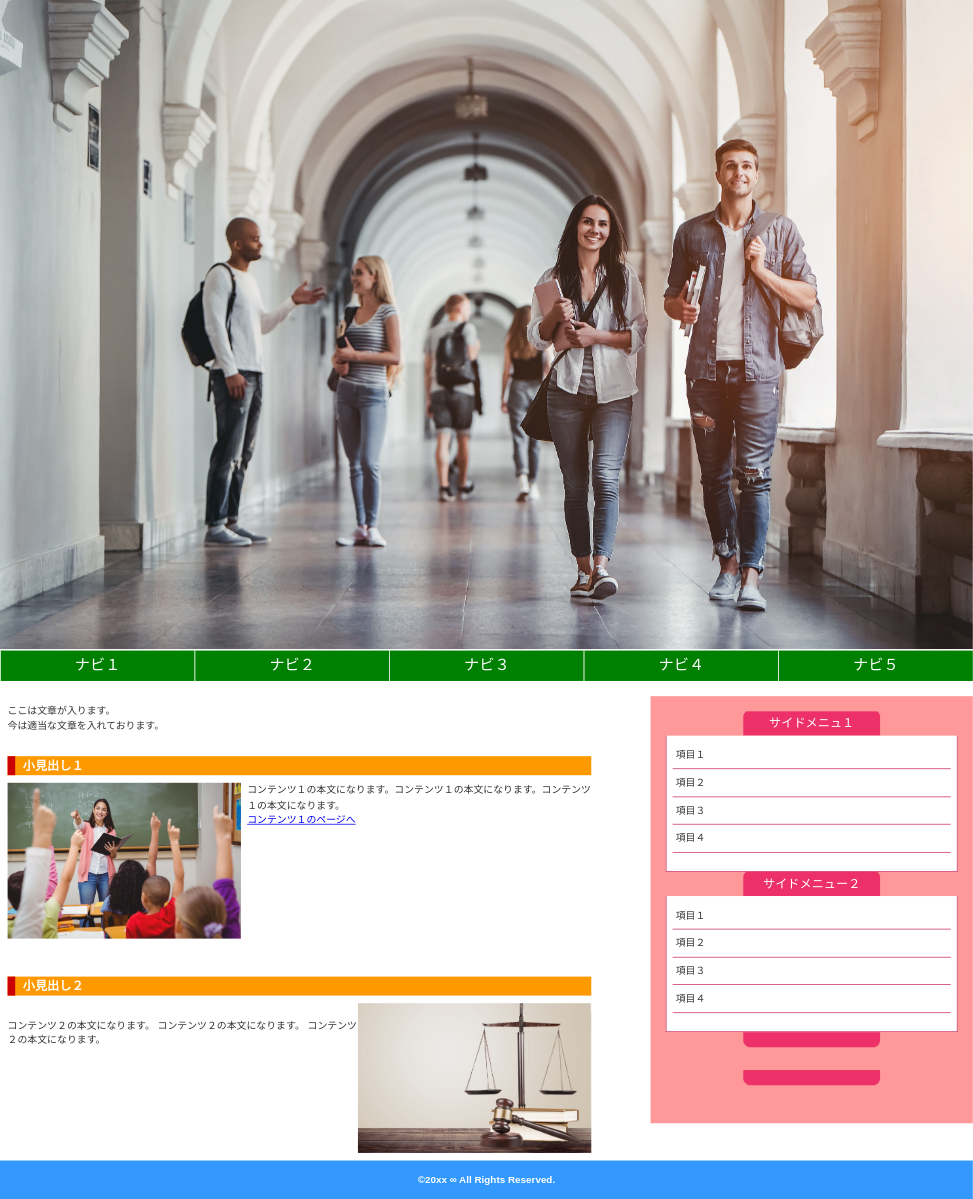
Repository: kitamasa303/samurai_HTML_CSS
Page: home.html
The author's editor kept a record of every edit. The page is drawn from the files as they stood at one moment, then again after the next edit.
The browser window is 1280 px wide. The pictures show the whole page, at 76% of full size.

Above is the page before.

### home.html
<!DOCTYPE html>
<html lang="ja">
<head>
    <meta charset="UTF-8">
    <title>HTML/CSSの学習</title>
    <link rel="stylesheet" href="stylesheet.css">
</head>
<body>
    <div id="header">
        <h1><a href="index.html"><img id="corridor" src="images/corridor.jpg" alt="大学の廊下"></a></h1>
    </div>
    <div id="wrapper">
        <div id="nav">
            <ul>
                <li><a href="home.html">ナビ１</a></li>
                <li><a href="#">ナビ２</a></li>
                <li><a href="#">ナビ３</a></li>
                <li><a href="#">ナビ４</a></li>
                <li><a href="#">ナビ５</a></li>
            </ul>
        </div>
        <div id="container">
            <div id="main">
            <div class="post">
                <p>ここは文章が入ります。<br/>今は適当な文章を入れております。</p>
            </div>
            <div class="post clearfix">
                <h2>小見出し１</h2>
                <img class="left" src="images/classroom.jpg" alt="授業風景"/>
                <p>
                    コンテンツ１の本文になります。コンテンツ１の本文になります。コンテンツ１の本文になります。
                </p>
                <p><a href="#">コンテンツ１のページへ</a></p>
            </div>
            <div class="post clearfix"></div>
        　　<h2>小見出し２</h2>
        　　<img class="right" src="images/scale.jpg" alt="天秤"/>
        　　<p>コンテンツ２の本文になります。  コンテンツ２の本文になります。  コンテンツ２の本文になります。
        　　</p>
        </div>
        </div>
        <div id="side">
            <div class="box">
                <h2>サイドメニュ１</h2>
                <div class="boxBody">
                    <ul>
                        <li>項目１</li>
                        <li>項目２</li>
                        <li>項目３</li>
                        <li>項目４</li>
                    </ul>
                </div>
                <div class="box">
                <h2>サイドメニュー２</h2>
                <div class="boxBody">
                    <ul>
                        <li>項目１</li>
                        <li>項目２</li>
                        <li>項目３</li>
                        <li>項目４</li>
                    </ul>
                </div>
            </div>
            </div>
        </div>
    </div>
    <div id="footer">
        <p>&copy;20xx ∞ All Rights Reserved.</p>
    </div>
</body>
</html>

### stylesheet.css
@charset"utf-8";

body{
    margin: 0;
    padding:0;
    font-family: "ヒラギノ角ゴ Pro W3","Hiragino Kaku Gothic Pro","メイリオ",Meiryo,Osaka,"MS Pゴシック","MS Gothic",sans-serif;
    color:#333;
    font-size: 13px;
    line-height: 150%;
}

/*-----wrapper-----*/
#wrapper{
    width: 100%;
    margin: auto;
    padding: 0px;
    border: 0px;
    background-color:#FFF;
    top: 0px;
    position: relative;

}
/*-----header-----*/

#header {
    width:100%;
}

#header h1 {
   margin:0;
   padding:0;
}

#corridor {
    width:100% ;
    height:auto;
}

/*-----footer-----*/

#footer{
    clear:both;
    width: 100%;
    padding:3px 0 3px 0;
    background-color: #39F;
    color:#FFF;
    font-weight: bold;
    text-align: center;
}

/*----nav-----*/

#nav {
    width:100%;
}
#nav ul{
    margin:0;
    padding:0;
    list-style-type:none;
}

#nav ul li {
    float:left;
    width:20%;
    text-align:center;

}

#nav ul li a {
    display:block;
    height:20px;
    margin:0;
    padding:10px;
    color:#FFF;
    font-size:20px;
    text-decoration:none;
    background-color:green;
    border-left:1px solid white;
}

#nav ul li a:hover{
    filter:drop-shadow(10px 10px 10px black);
}

/*----container-----*/

#container {
    width:100%;
    margin:auto;
    padding-top: 20px;
    clear:both;
}

/*----main-----*/

#main {
    float: left;
    width:60%;
    padding: 10px 30px 10px 10px;
}

#main h2 {
    margin:0 0 10px 0;
    padding:3px 10px 3px 10px;
    color:#FFF;
    font-size: 16px;
    border-left: solid 10px #c00;
    background-color: #F90;
}

#main p{
    margin:0;
    padding:0;

}

#main .post{
    margin:0 0 30px 0;
}

#main .post img.right{
    margin:0 0 0 8px;
}

#main .post img.left{
    margin:0 8px 0 0;
}

.right{
    float:right;
    width:40%;
    height:auto;
}

.left{
    float:left;
    width:40%;
    height:auto;
}


/*----clearfix-----*/

.clearfix{
    zoom:1;
}

.clearfix:after{
    content:"";
    display:block;
    clear:both;
}

/*-----side-----*/

#side{
    float:right;
    width:30%;
    padding:20px;
    background-color:#F99;
}
#side .box{
    margin:0 auto 30px auto;
    padding:0 0 20px 0;
    background:url(images/side_box.png) bottom no-repeat;
}
#side .box h2{
    margin:0;
    padding:8px;
    text-align:center;
    color:#FFF;
    font-size:16px;
    line-height:16px;
    font-weight:normal;
    background:url(images/side_box_h2.png) center no-repeat;
}

#side .boxBody{
    padding:8px;
    border-right:solid 1px #C36;
    border-bottom:solid 1px #C36;
    border-left:solid 1px #C36;
    background:#FFF;

}

#side .box .boxBody ul{
    margin:0 0 16px 0;
    padding:0;
}

#side .box .boxBody ul li{
    padding:8px 0 8px 4px;
    list-style: none;
    border-bottom:solid 1px #C36;
}

After the next edit:
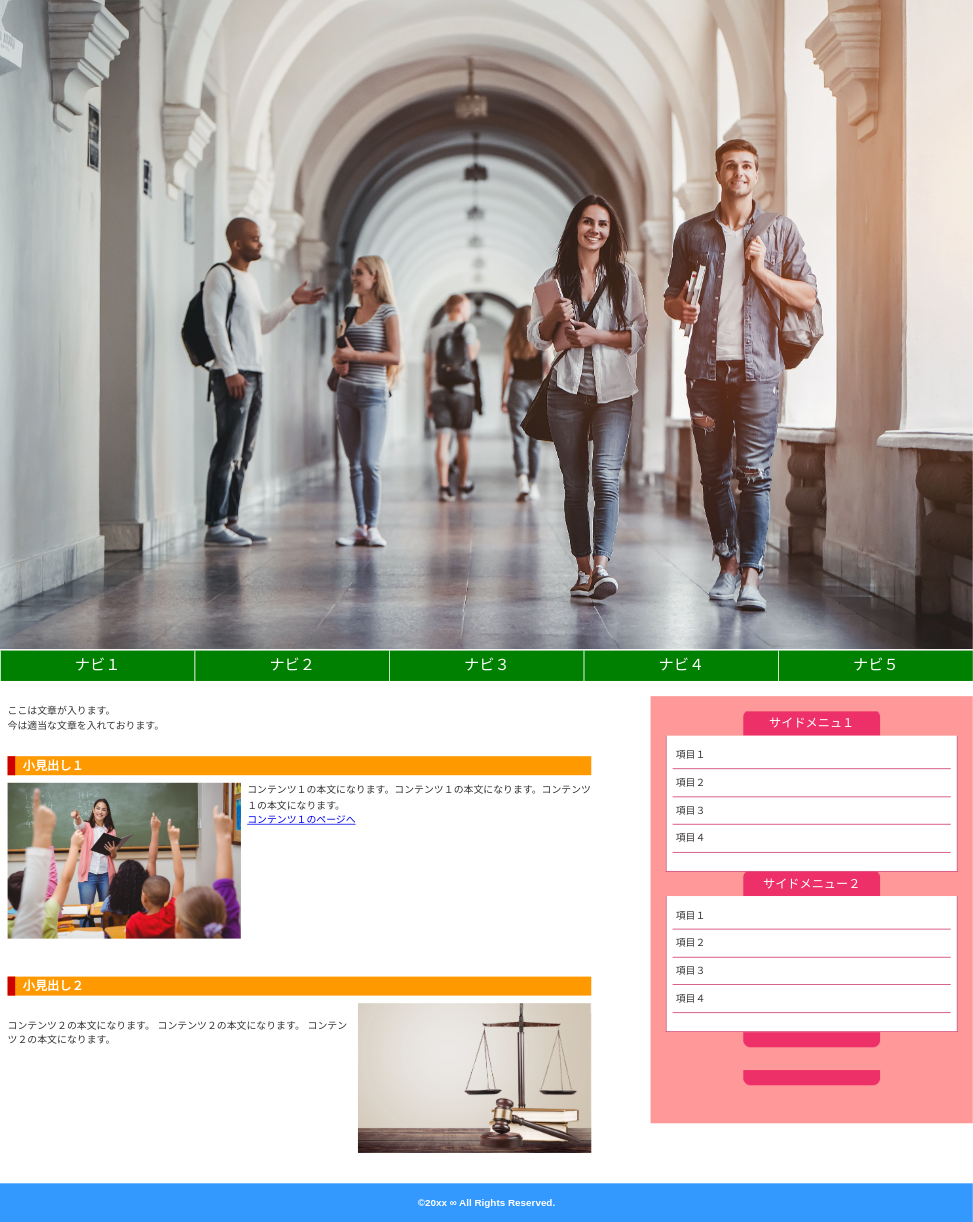
The edit:
--- a/home.html
+++ b/home.html
@@ -32,7 +32,7 @@
                 </p>
                 <p><a href="#">コンテンツ１のページへ</a></p>
             </div>
-            <div class="post clearfix"></div>
+            <div class="post clearfix">
         　　<h2>小見出し２</h2>
         　　<img class="right" src="images/scale.jpg" alt="天秤"/>
         　　<p>コンテンツ２の本文になります。  コンテンツ２の本文になります。  コンテンツ２の本文になります。
